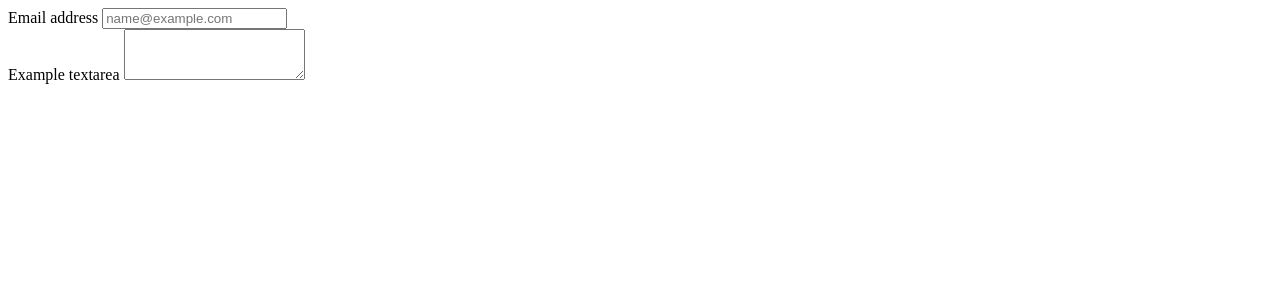
Repository: bbqju13/homework230616
Page: http://localhost/zip/
An editor plug-in stored every save of this project. The page is shown before and after the next save, followed by the edit.
The browser window is 1280 px wide. The pictures show the whole page.
The page is served by Tomcat 9.

Above is the page before, as saved 2023-06-16 05:21:56.

After the next save:
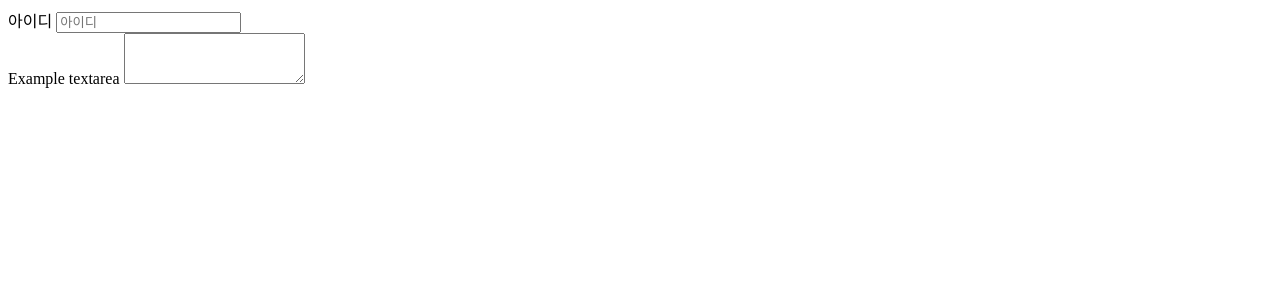
Saved 30 s later.
--- a/zip/src/main/webapp/WEB-INF/views/home.jsp
+++ b/zip/src/main/webapp/WEB-INF/views/home.jsp
@@ -16,9 +16,8 @@
 </head>
 <body>
 	<div class="mb-3">
-		<label for="exampleFormControlInput1" class="form-label">Email
-			address</label> <input type="email" class="form-control"
-			id="exampleFormControlInput1" placeholder="name@example.com">
+		<label for="exampleFormControlInput1" class="form-label">아이디</label> <input type="email" class="form-control"
+			id="exampleFormControlInput1" placeholder="아이디">
 	</div>
 	<div class="mb-3">
 		<label for="exampleFormControlTextarea1" class="form-label">Example
